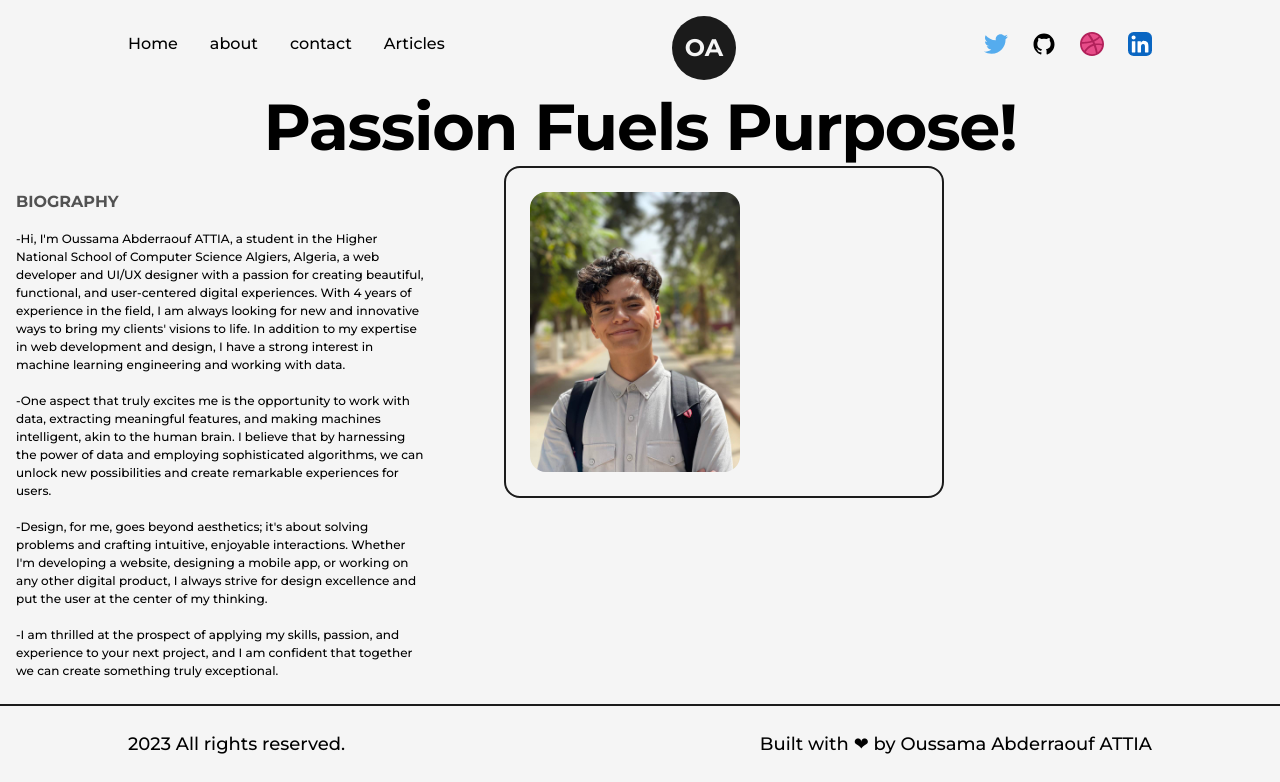
Repository: OussamaAbderraoufAttia/Next.js-Developer-Portfolio
Page: /About
These files come from the project's save history. The page is drawn as it stood at one moment and after the next save; the edit follows.
The browser window is 1280 px wide. The pictures show the whole page.
The project was rebuilt for these pictures with package versions that can differ from the ones it lists, and the page was loaded fresh each time. The framework's server and built-in components were replaced by stand-ins that run in the browser. Also part of the build but not shown: next.config.js, src/components/AnimatedText.js.

Above is the page before, as saved 2023-06-27 22:54:37.

After the next save:
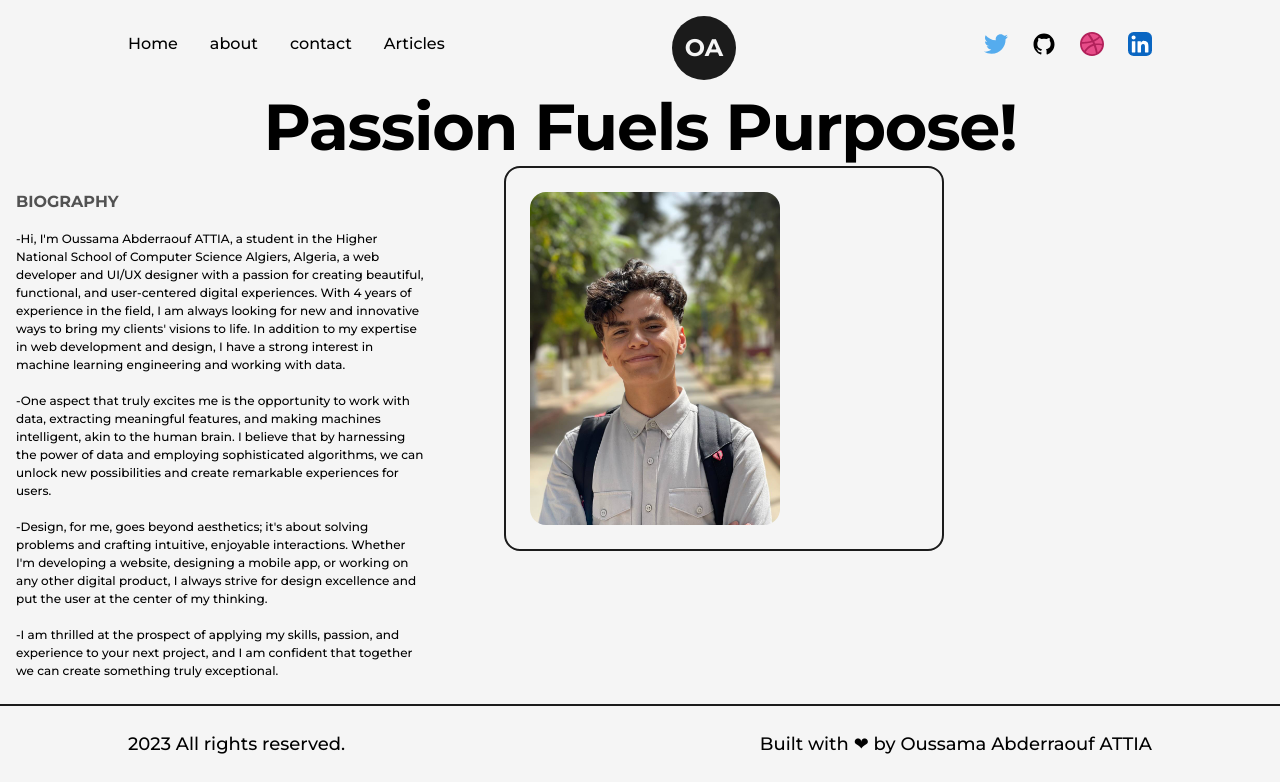
Saved 6 s later.
--- a/src/pages/About.js
+++ b/src/pages/About.js
@@ -47,7 +47,7 @@
 
                     </div>
                     <div className='col-span-3 relative h-max rounded-2xl border-2 border-solid border-dark bg-light p-6'>
-    <Image src={me} alt='Oussama Abderraouf ATTIA' width={210} height={345} className='rounded-2xl' />
+    <Image src={me} alt='Oussama Abderraouf ATTIA' width={250} height={345} className='rounded-2xl' />
 </div>
 
 
